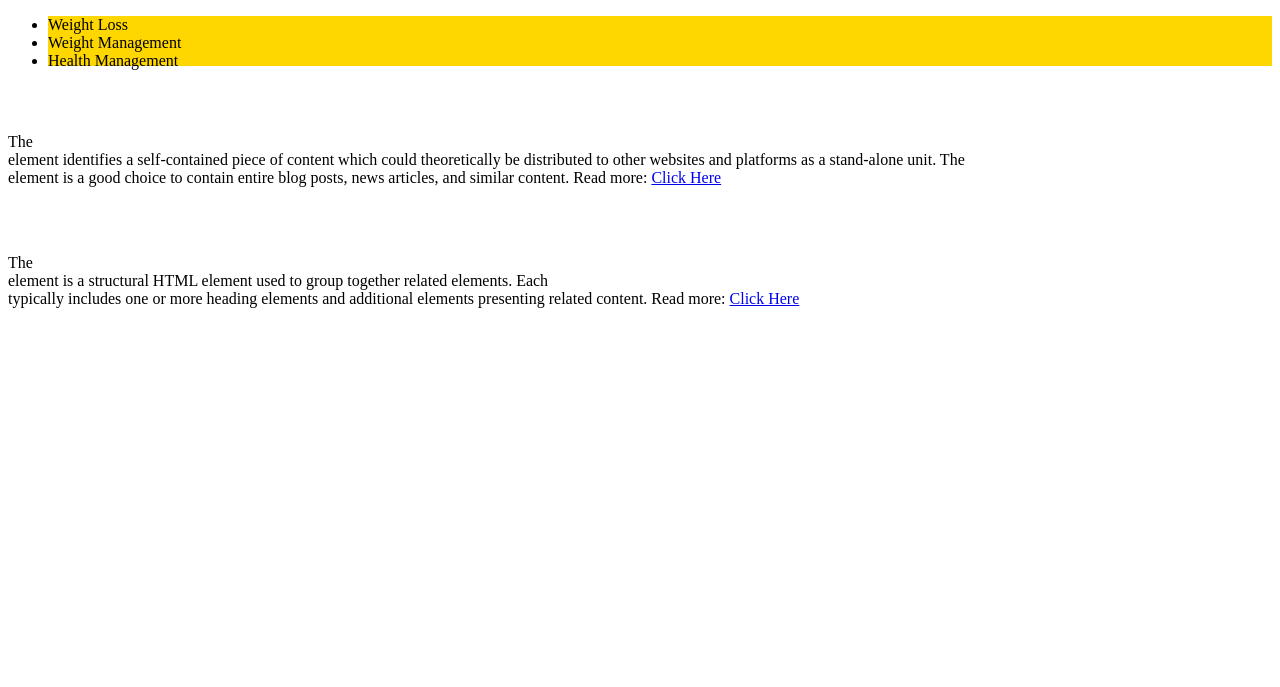
Repository: helloneibor/project1
Page: project1.html
The author's editor kept a record of every edit. The page is drawn from the files as they stood at one moment, then again after the next edit.
The browser window is 1280 px wide. The pictures show the whole page.

Above is the page before.

After the next edit:
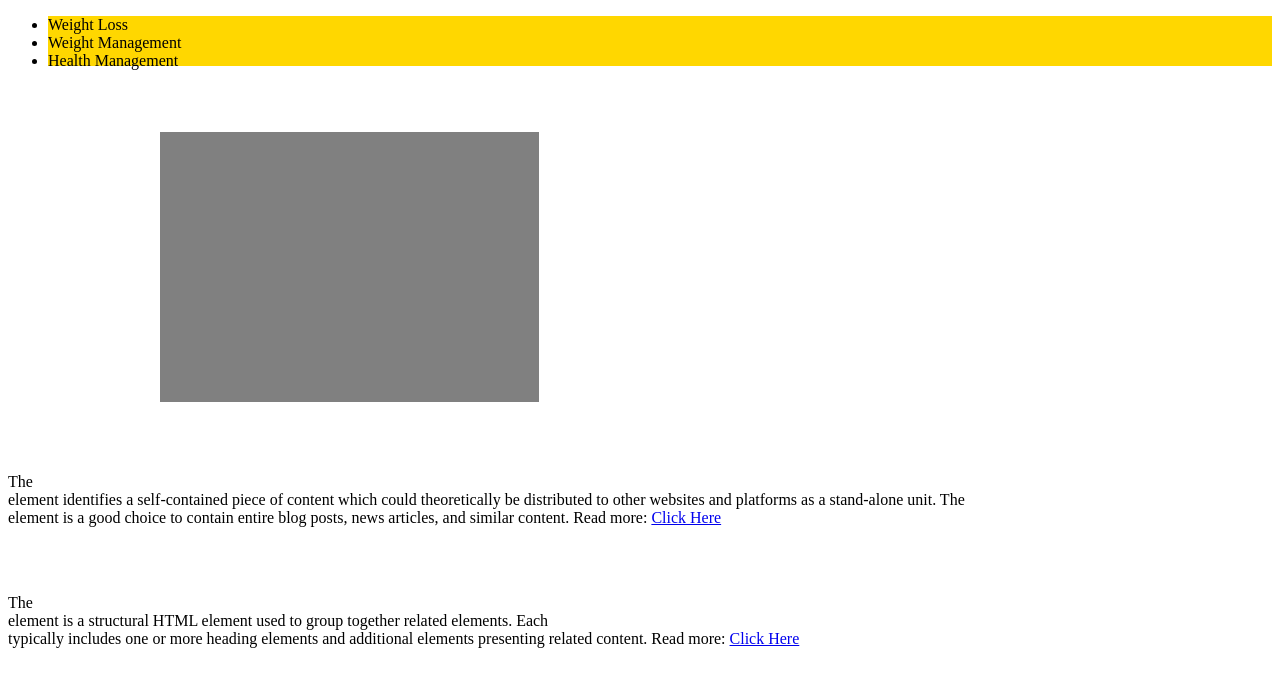
The edit:
--- a/project1.html
+++ b/project1.html
@@ -21,6 +21,7 @@
     </div>
     <section>
         <article>
+            <div class="blocks"> </div>
             <h2> HTML Article </h2>
             The <article> element identifies a self-contained piece of content which could theoretically be distributed to other websites and platforms as a stand-alone unit. The <article> element is a good choice to contain entire blog posts, news articles, and similar content.
 
